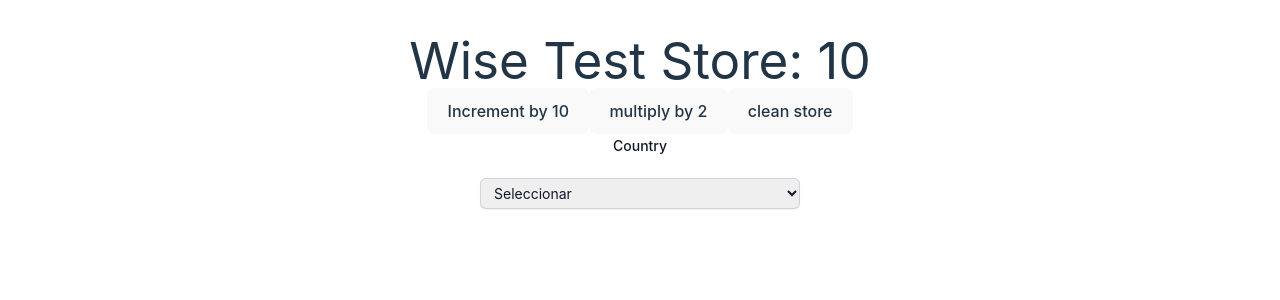
Repository: marianozamora/reactredux-wise
Page: /
An editor plug-in stored every save of this project. The page is shown before and after the next save, followed by the edit.
The browser window is 1280 px wide. The pictures show the whole page.
The page's requests for data from a server got no answer. The project was rebuilt for these pictures with package versions that can differ from the ones it lists, and the page was loaded fresh each time. No one was signed in, and anything a server would have sent is missing. Also part of the build but not shown: vite.config.ts.

Above is the page before, as saved 2023-04-08 02:33:51.

After the next save:
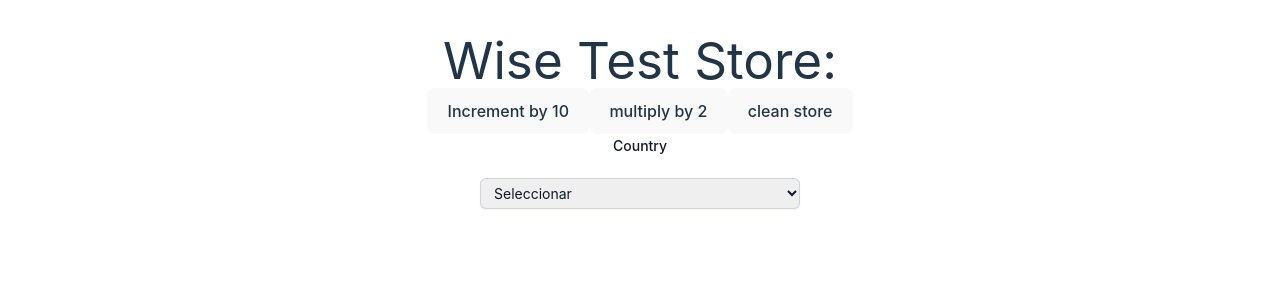
Saved 2 min 27 s later.
--- a/src/App.tsx
+++ b/src/App.tsx
@@ -8,7 +8,6 @@ import { useCounterStore } from "./store/counterStore";
 function App() {
   const { count, title, products, filter } = useCounterStore(
     (state) => ({
-      count: state.count,
       title: state.title,
       products: state.products,
       filter: state.options
